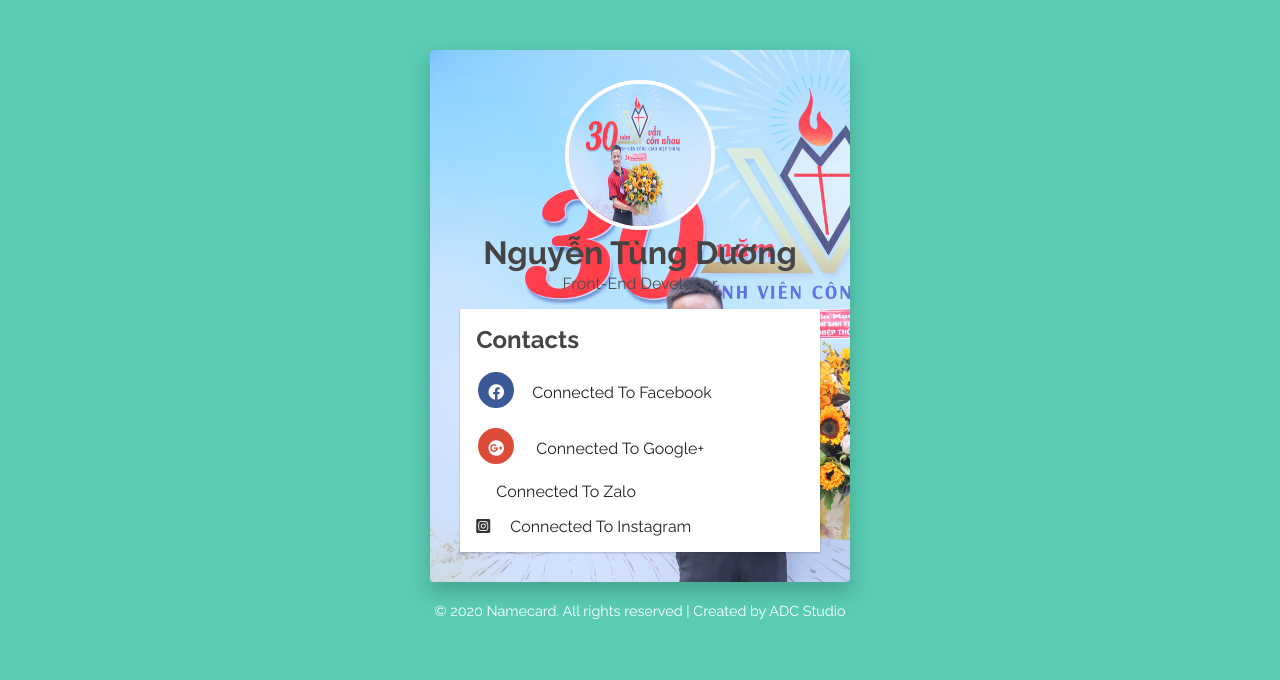
Repository: DuongTungNguyen0899/Card_Duong.github.io
Page: index.html
The author's editor kept a copy of each file at every save. The page is drawn from the files as they stood at one save, then again after the next save.
The browser window is 1280 px wide. The pictures show the whole page.

Above is the page before, as saved 2021-06-27 17:29:14.

After the next save:
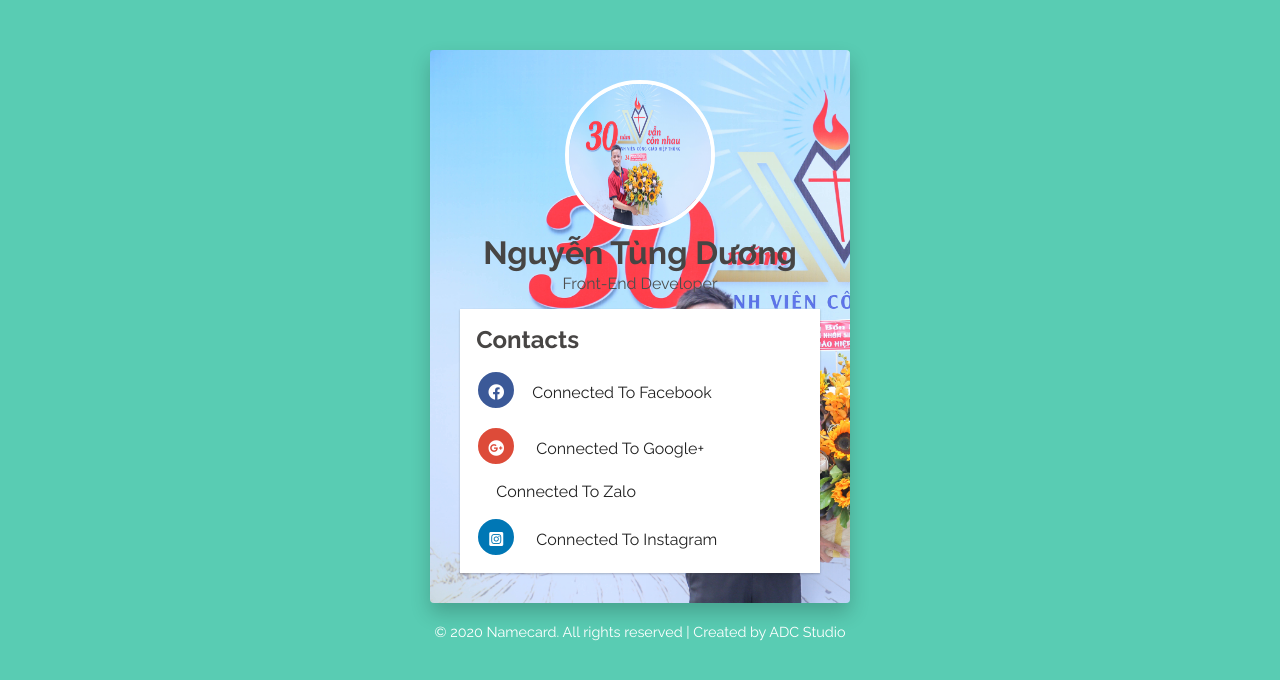
Saved 24 s later.
--- a/css/style.css
+++ b/css/style.css
@@ -129,7 +129,7 @@ h1 {
 	color: #333;
     text-align: center;
 }
-.social ul li a i.fab.fa-facebook,.social ul li a i.fab.fa-twitter,.social ul li a i.fab.fa-instagram,.social ul li a i.fab.fa-google-plus{
+.social ul li a i.fab.fa-facebook,.social ul li a i.fab.fa-twitter,.social ul li a i.fab.fa-instagram-square,.social ul li a i.fab.fa-google-plus{
     height: 40px;
     width: 40px;
     background: none;
@@ -153,7 +153,7 @@ h1 {
 .social ul li a i.fab.fa-twitter{
 	background: #1da1f2;
 }
-.social ul li a i.fab.fa-instagram{
+.social ul li a i.fab.fa-instagram-square{
 	background: #0077b5;
 }
 .social ul li a i.fab.fa-google-plus{
@@ -169,7 +169,7 @@ h1 {
     color: #1da1f2;
 	background:none;
 }
-.social ul li a i.fab.fa-instagram:hover{
+.social ul li a i.fab.fa-instagram-square:hover{
 	border: solid 2px #0077b5;
     color: #0077b5;
 	background:none;
